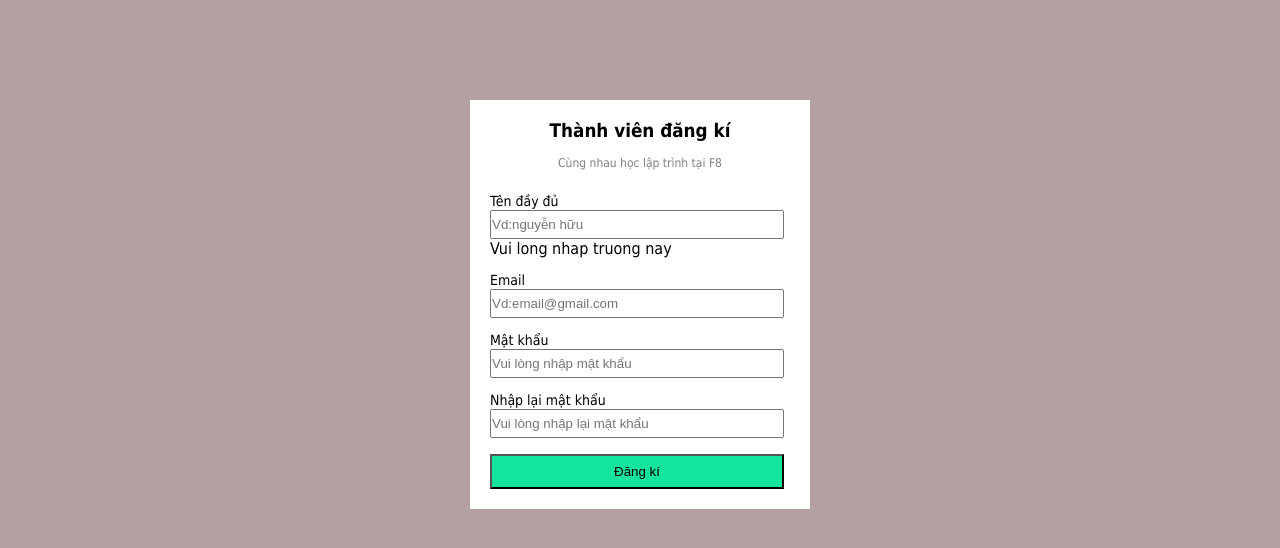
Repository: HuunvDev/Validator
Page: index.html
The author's editor kept a copy of each file at every save. The page is drawn from the files as they stood at one save, then again after the next save.
The browser window is 1280 px wide. The pictures show the whole page.

Above is the page before, as saved 2022-08-20 09:32:50.

### index.html
<!DOCTYPE html>
<html lang="en">
<head>
    <meta charset="UTF-8">
    <meta http-equiv="X-UA-Compatible" content="IE=edge">
    <meta name="viewport" content="width=device-width, initial-scale=1.0">
    <title>validator</title>
    <link rel="stylesheet" href="style.css">
</head>
<body>
    <div class="main">
        <form action="" method="POST" class="form" id="form-1">
            <h3 class="heading">Thành viên đăng kí</h3>
            <p class="desc">Cùng nhau học lập trình tại F8</p>
            <div class="pacer"></div>
            <div class="form-group">
                <label for="fullName" class="form-lable">Tên đầy đủ</label><br>
                <input type="text" id="fullName" name="fullName" placeholder="Vd:nguyễn hữu"><br>
                <span class="form-message">Vui long nhap truong nay</span>
            </div>
            <div class="form-group">
                <label for="email" class="form-lable">Email</label><br>
                <input type="text" id="email" name="email" placeholder="Vd:email@gmail.com"><br>
                <span class="form-message"></span>
            </div>
            <div class="form-group">
                <label for="password" class="form-lable">Mật khẩu</label><br>
                <input type="text" id="password" name="password" placeholder="Vui lòng nhập mật khẩu"><br>
                <span class="form-message"></span>
            </div>
            <div class="form-group">
                <label for="password_confirmation" class="form-lable">Nhập lại mật khẩu</label><br>
                <input type="text" id="password_confirmation" name="password_confirmation" placeholder="Vui lòng nhập lại mật khẩu"><br>
                <span class="form-message"></span>
            </div>
           <button class="form-submit">Đăng kí</button>
        </form>
    </div>
    <script src="main.js"></script>
</body>
</html>

### style.css

*{
    margin:0;
    padding:0;
    overflow: hidden;
}
body{
    background-color:rgb(180, 160, 160);
}
.main {
    width: 300px;
    box-shadow: 0 0 0 rgb(0 0 0 / 10%);
    margin: auto;
    margin-top: 100px;
    padding: 20px;
    background-color: #fff;
    font-family: tahoma;
}
h3.heading {
    text-align: center;
}
p.desc {
    text-align: center;
    font-size: 12px;
    color: grey;
    padding: 15px 0;
}
.form-group {
    padding: 6px 0;
}

label.form-lable {
    font-size: 14px;
}
input {
    width: 290px;
    height: 25px;
}
button{
    padding:8px 0;
    width:294px;
    background-color: rgb(19 229 161);
    margin-top:10px;
}

### main.js
var fullName = document.getElementById('fullName');
var message = document.getElementsByClassName("form-message");
fullName.onblur = function(){
    if(!fullName.value){
        message.innerText ="Vui lòng nhập trường này";
    }
}

After the next save:
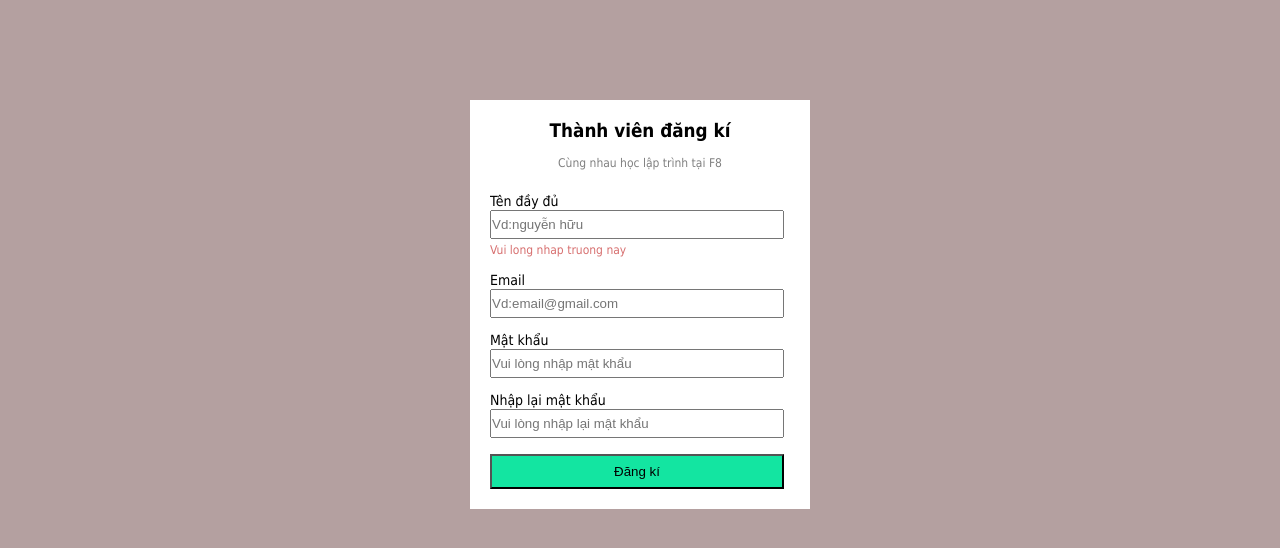
Saved 2 min 3 s later.
--- a/style.css
+++ b/style.css
@@ -42,3 +42,7 @@ button{
     background-color: rgb(19 229 161);
     margin-top:10px;
 }
+span.form-message {
+    font-size: 12px;
+    color: #d76f6f;
+}
